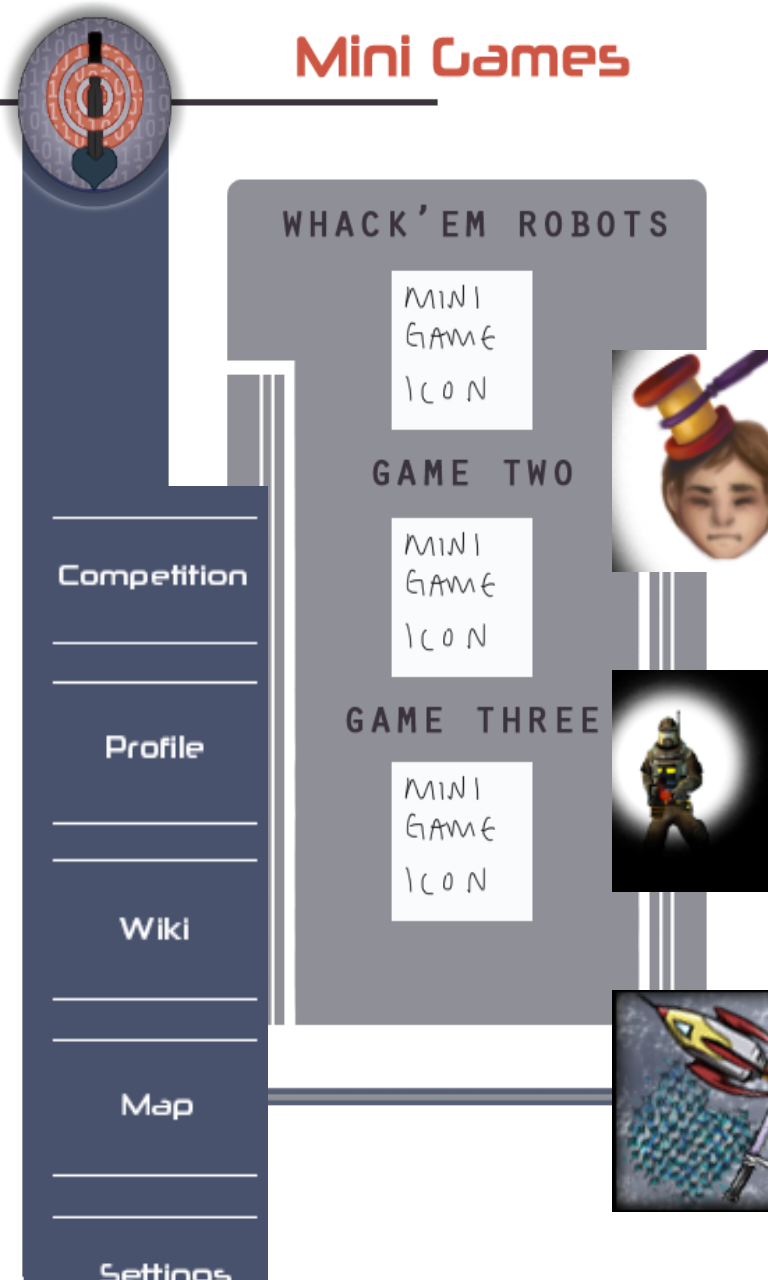
Repository: BU-HuangJ/angrybots_android_app
Layout: workspace/AngryBots/res/layout/activity_robot_minigames.xml
The author's editor kept a copy of each file at every save. The layout is drawn from the files as they stood at one save, then again after the next save.
It is drawn on a 768 x 1280 px phone screen (xhdpi) without system bars, with theme AppTheme; the app's code is not run.

Above is the layout before, as saved 2013-04-29 22:07:37.

After the next save:
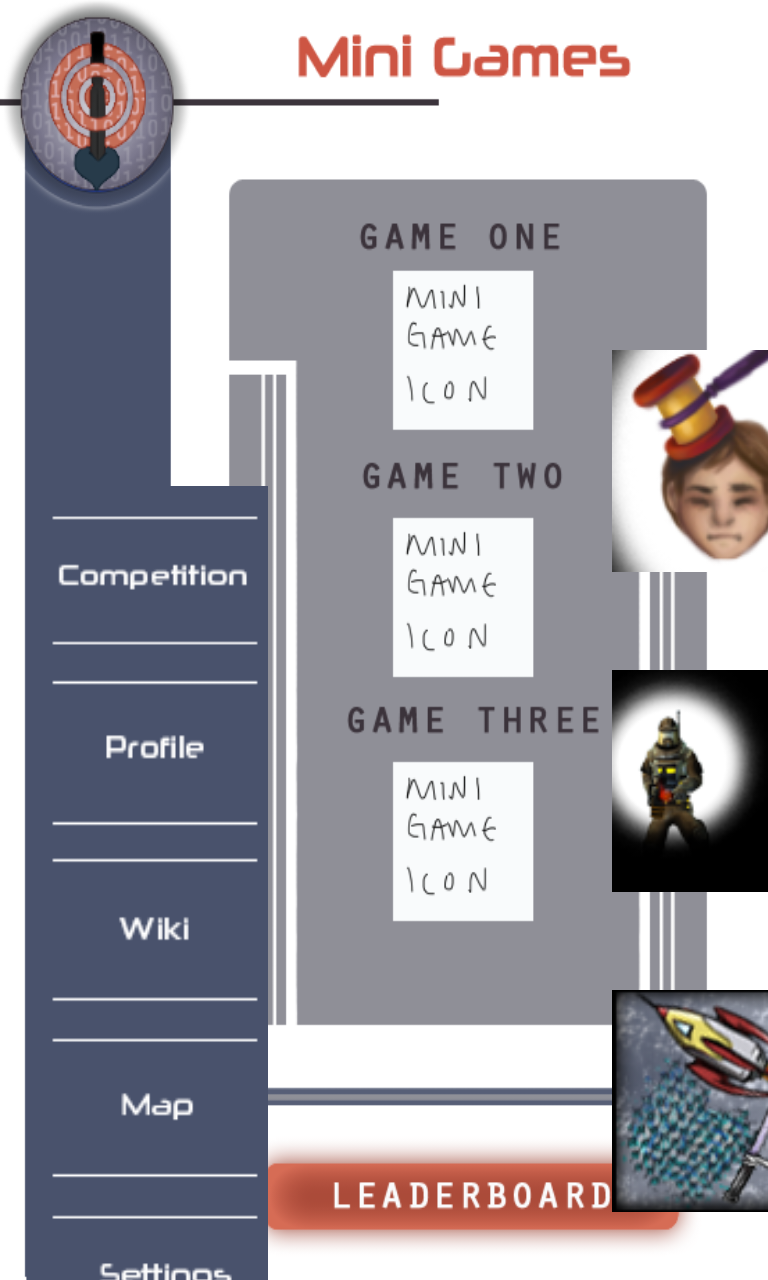
Saved 27 s later.
--- a/workspace/AngryBots/res/layout/activity_robot_minigames.xml
+++ b/workspace/AngryBots/res/layout/activity_robot_minigames.xml
@@ -2,7 +2,7 @@
     xmlns:tools="http://schemas.android.com/tools"
     android:layout_width="match_parent"
     android:layout_height="match_parent"
-    android:background="@drawable/robot_static_minigame_base"
+    android:background="@drawable/robot_static_minigame_base2"
     tools:context=".RobotMinigames" >
 
 	<include android:id="@+id/side_bar" layout="@layout/robot_sidebar" />
